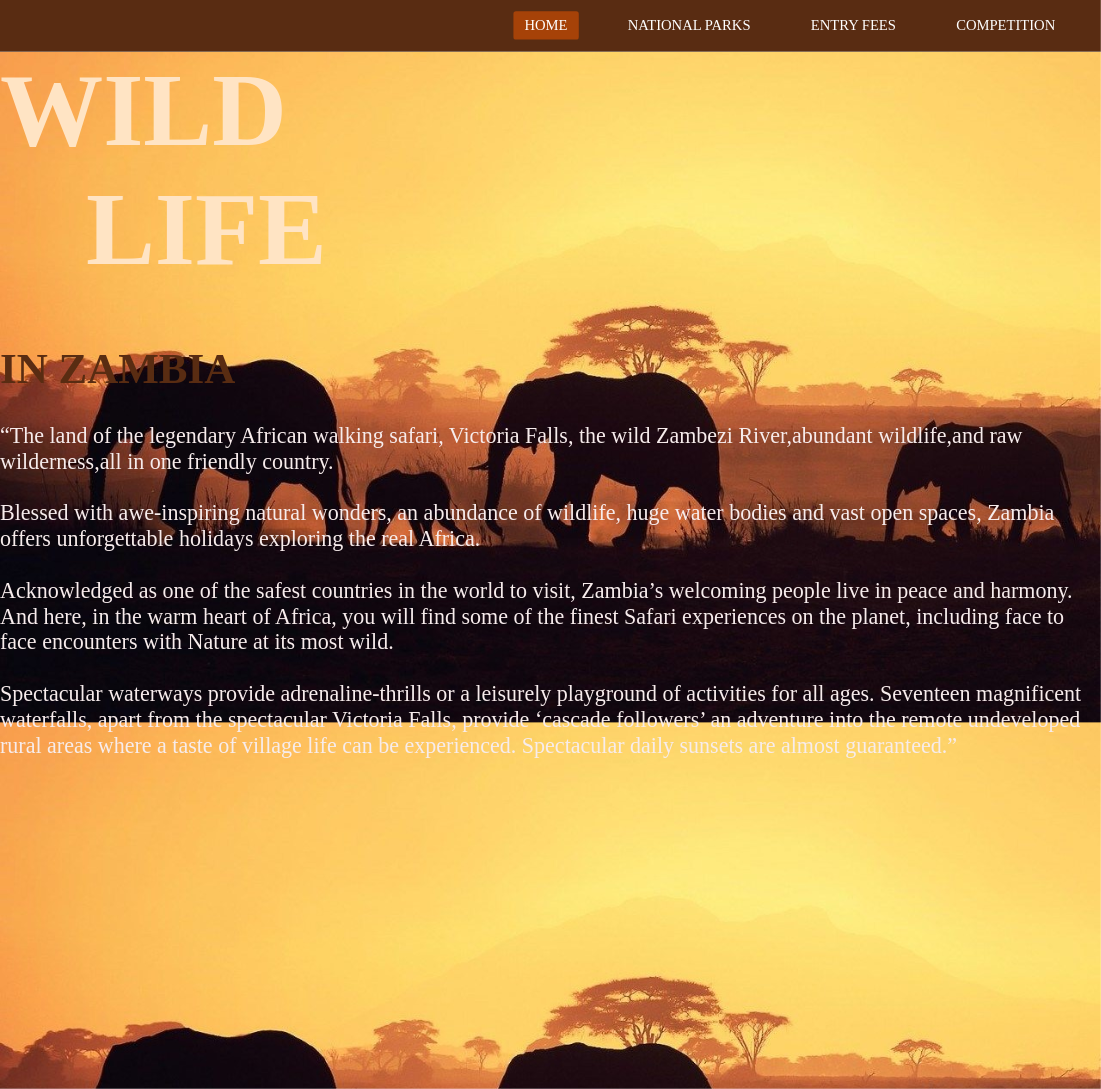
Repository: Lungdjos/web_assignment_3rd_yr
Page: home/index.html
These files come from the project's save history. The page is drawn as it stood at one moment and after the next save; the edit follows.
The browser window is 1280 px wide. The pictures show the whole page, at 86% of full size.
Some web libraries are served in a nearby version.

Above is the page before, as saved 2021-06-18 15:26:19.

After the next save:
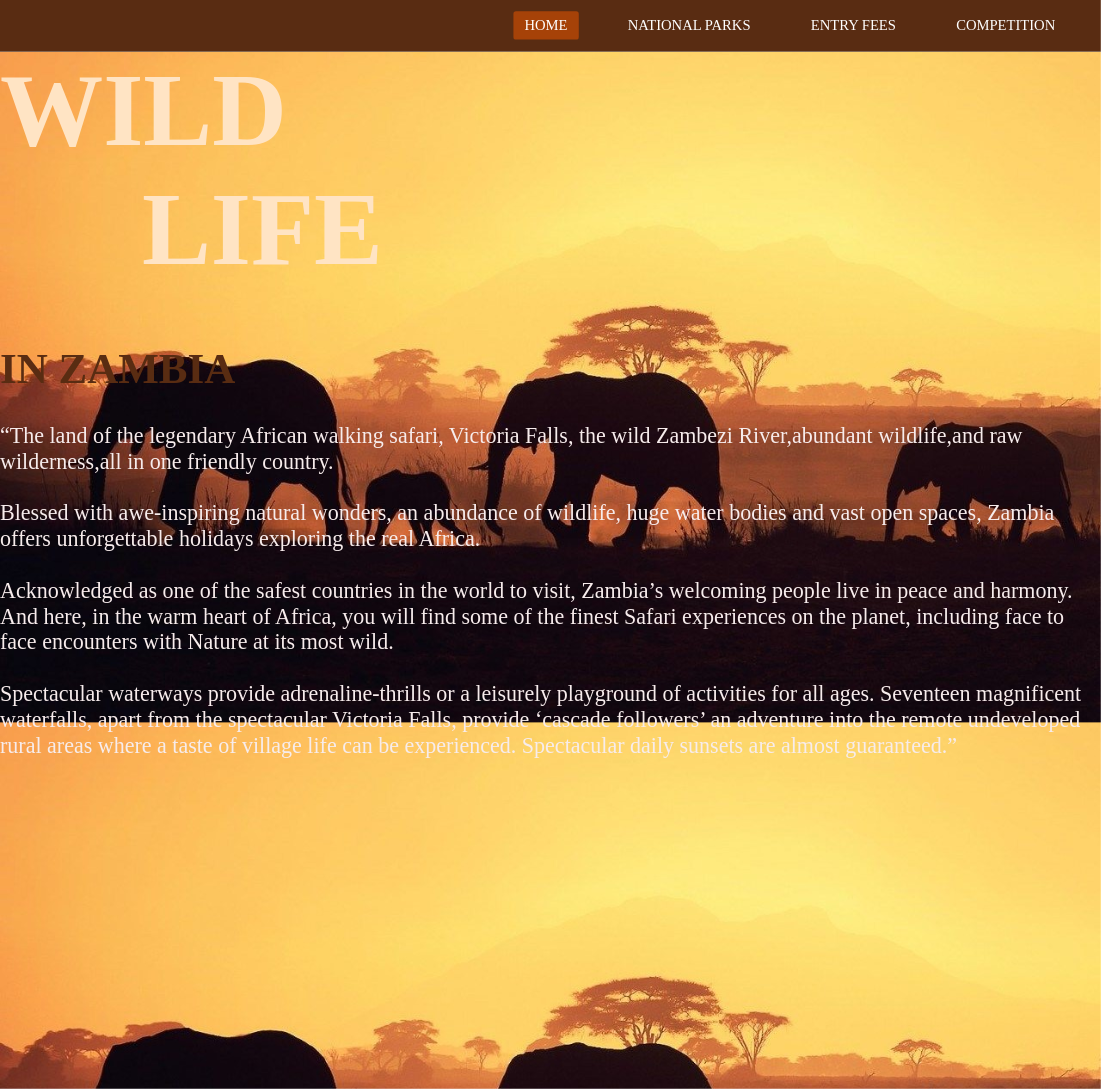
Saved 7 s later.
--- a/home/index.css
+++ b/home/index.css
@@ -159,7 +159,7 @@
     }
 
     .num2 {
-        margin-left: 100px;
+        margin-left: 165px;
     }
 
     .num3 {
